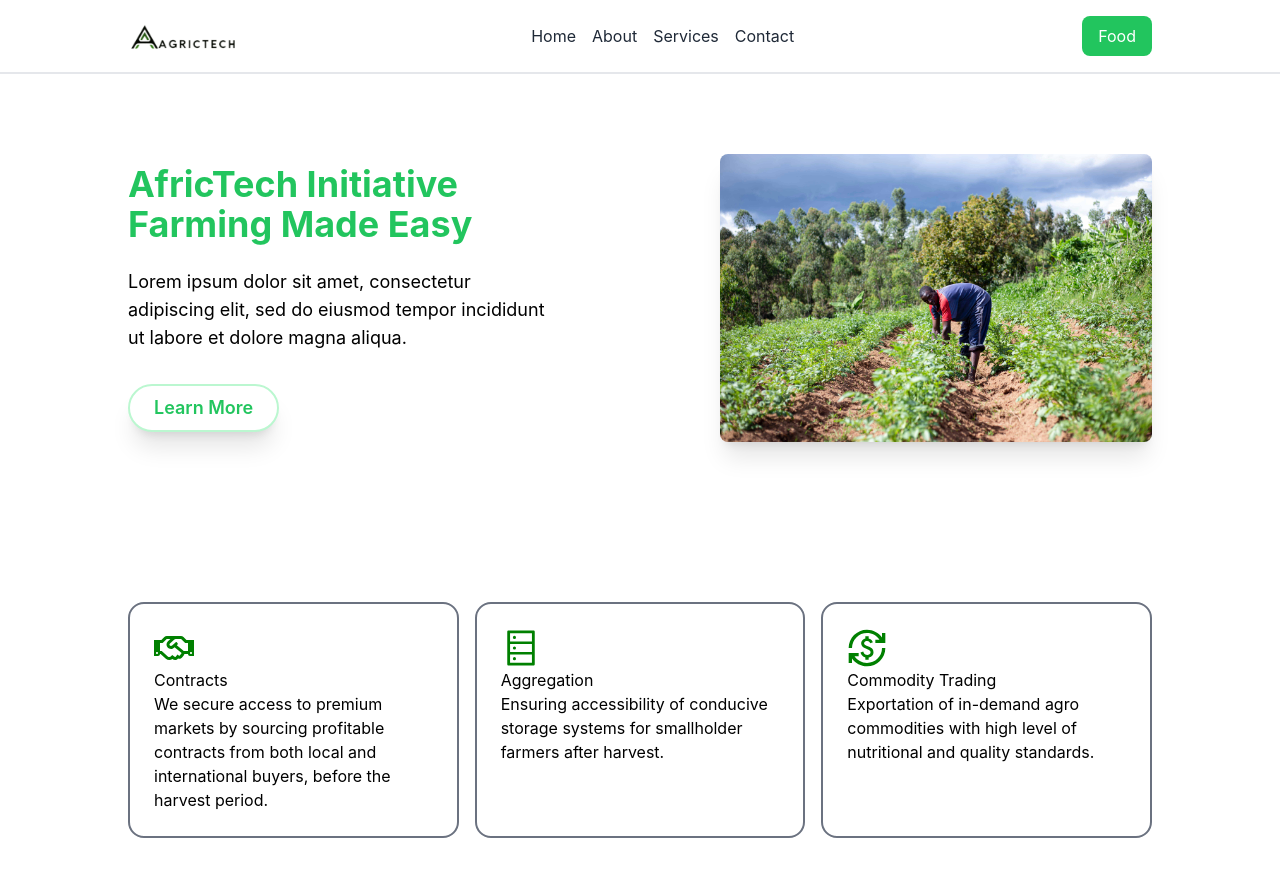
Repository: akinolapo/agric-tech
Page: /
An editor plug-in stored every save of this project. The page is shown before and after a run of saves, followed by the edit.
The browser window is 1280 px wide. The pictures show the whole page.
The project was rebuilt for these pictures with package versions that can differ from the ones it lists, and the page was loaded fresh each time.

Above is the page before, as saved 2023-05-27 09:30:47.

After the next 2 saves:
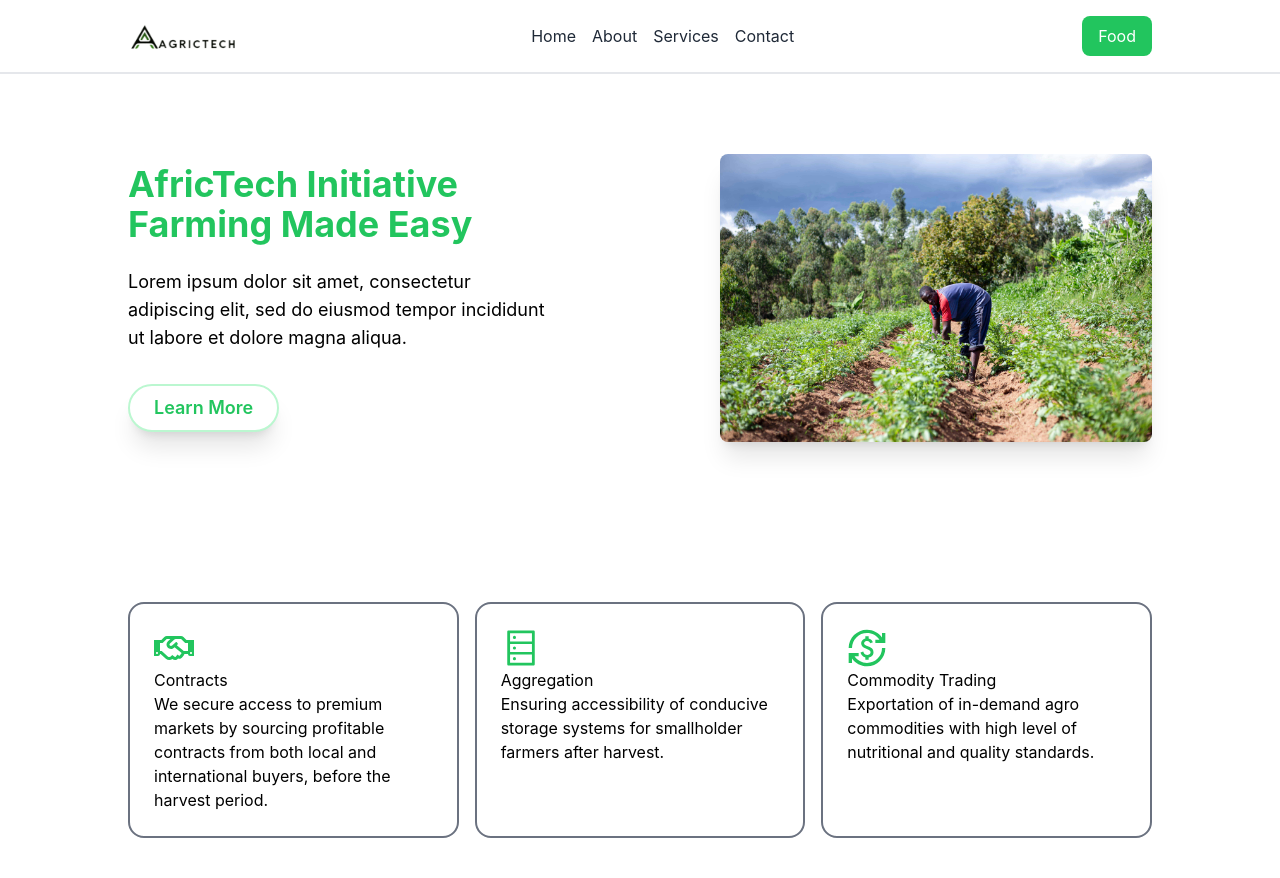
The 2 saves are shown as one change because they came seconds apart.
The last was saved 22 s later.
--- a/src/index.css
+++ b/src/index.css
@@ -19,5 +19,5 @@ code {
 .card-icon{
   height: 40px;
   width: 40px;
-  color: green;
+  color: #22C55E;
 }
